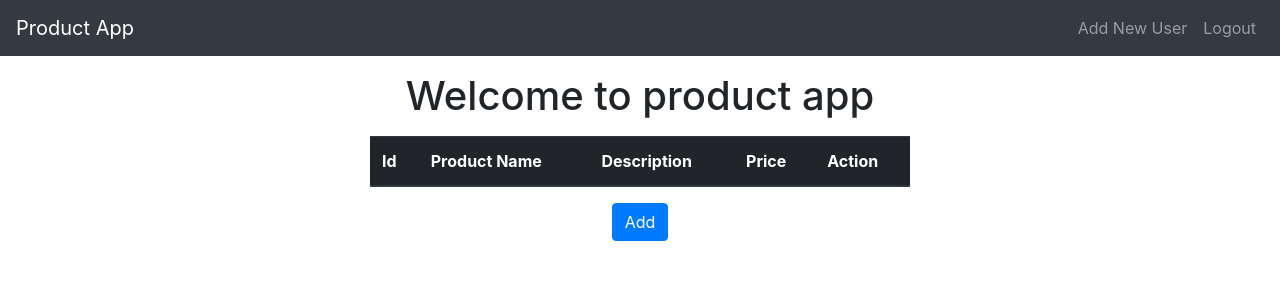
Repository: RakaYadav/Product_app_Project
Page: http://localhost/product_app_project/views/listAllUsers.jsp
An editor plug-in stored every save of this project. The page is shown before and after the next save, followed by the edit.
The browser window is 1280 px wide. The pictures show the whole page.
Some web libraries are served in a nearby version. The page is served by Tomcat 10. The template is opened directly, without the code that normally fills it, so the values that code supplies are empty.

Above is the page before, as saved 2024-07-02 06:10:22.

After the next save:
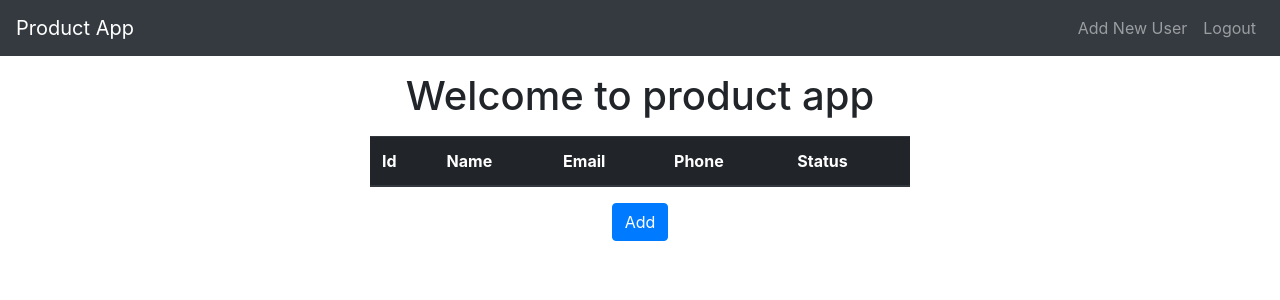
Saved 2 min 42 s later.
--- a/product_app_project/src/main/webapp/views/listAllUsers.jsp
+++ b/product_app_project/src/main/webapp/views/listAllUsers.jsp
@@ -35,10 +35,10 @@
 					<thead class="thead-dark">
 						<tr>
 							<th scope="col">Id</th>
-							<th scope="col">Product Name</th>
-							<th scope="col">Description</th>
-							<th scope="col">Price</th>
-							<th scope="col">Action</th>
+							<th scope="col">Name</th>
+							<th scope="col">Email</th>
+							<th scope="col">Phone</th>
+							<th scope="col">Status</th>
 						</tr>
 					</thead>
 
